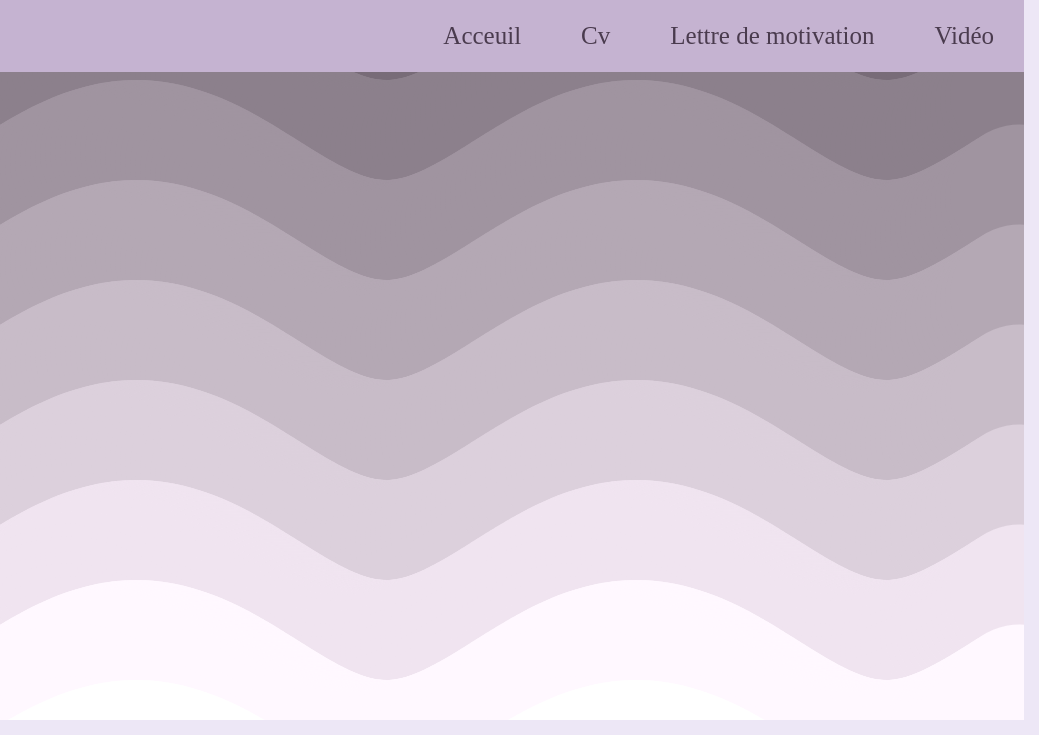
Repository: Iban-del/ProjetBacIban
Page: index.html
These files come from the project's save history. The page is drawn as it stood at one moment and after the next save; the edit follows.
The browser window is 1024 px wide. The page is 1039 px wide, then 1024 px, so the pictures cover 1039 px, including what lies to the right of the window. The pictures show the whole page.
The page's requests for data from a server got no answer.

Above is the page before, as saved 2025-02-24 22:15:27.

### index.html
<!DOCTYPE html>
<html lang="fr">
<head>
    <meta charset="UTF-8">
    <meta name="viewport" content="width=device-width, initial-scale=1.0">
    <link rel="icon" type="image/x-icon" href="image/image.png">
    <link rel="stylesheet" href="css/index.css">
    <title>Iban</title tle>
    <canvas></canvas>
    <script src="js/background.js" type="module"></script>

</head>
<body>
    <nav id="navBar" class="navBar"></nav>
    <div id="panel" class="home">

    </div>
    <script src="js/index.js" type="module"></script>
</body>
</html>

### css/index.css
html, body {
    margin: 0px;
    display: flex;
    font-family: Arial, Helvetica, sans-serif;
    color: #4A3B4E;
    background-color: #EDE7F6;
    height: 100%;
    width: 100%;
    height: auto;
}

.navBar {
    height: 10%;
    width: 100%;
    position: fixed;
    background-color: #C5B3D1;
    display: flex;
    justify-content: end;
    align-items: center;
    z-index: 10;
}

.bg1, .bg2 {
    overflow-x: clip;
    z-index: -1;
    position: fixed;
}

.button-navBar {
    font-family: cursive;
    z-index: 13;
    padding: 30px;
    text-decoration: none;
    background-color: transparent;
    border: none;
    color: #4A3B4E;
    font-size: 25px;
    font-weight: 500;
}

.button-navBar:hover {
    cursor: pointer;
    color: #8E6F97;
}

.home {
    display: flex;
    position: absolute;
    width: 100%;
    height: 90%;
    top: 10%;
    background-color: transparent;
    margin: 15px;

}

.content-left {
    padding: 5px;
    width: 50%;
    height: 500px;
    display: flex;
    flex-direction: column;
    align-items: center;
    background-color: #C5B3D1;
    border-radius: 21px;
}

.content-right {
    width: 50%;
    display: flex;
    justify-content: center;
    align-items: center;
}

.name {
    height: 20%;
    width: 100%;
}

.h1-name {
    font-size: 45px;
    font-weight: 100;
}

.presentation {
    width: 90%;
}

p {
    font-size: 25px;
    color: #4A3B4E;
}

.bar {
    display: none;
}

.cv-image {
    height: 95%;
    border: 2px solid #A88EB6;
}

.content-cv, .content-video {
    margin: 0;
    position: relative;
    width: 100%;
    height: 100%;
    display: flex;
    overflow-y: scroll;
    scrollbar-width: none;
    justify-content: center;
    align-content: center;
    align-items: center;
}

.video {
    width: 70%;
    height: 80%;
    border: 4px solid #8E6F97;
    background-color: #EDE7F6;
}

.image{
    width:50%;
}

/* Responsive Styles */
@media (max-width: 1024px) {
    html, body {
        height: auto;
        overflow-x: hidden;
        overflow-y: auto;
    }

    .cv-image {
        height: 75%;
        border: 2px solid #A88EB6;
    }

    .content-cv, .content-video {
        display: flex;
        margin: 0px;
        width: 100%;
        height: 100%;
        overflow-y: scroll;
        scrollbar-width: none;
        justify-content: center;
        align-content: center;
        align-items: center;
    }


    .home {
        e {
            display: flex;
            justify-content: center;
            flex-direction: column;
            align-content: center;
            height: 100%;
            width: 100%;
            overflow-y: scroll;
            margin: 0px;
            justify-content: center;
            align-items: center;
            text-align: center;
    }

    .image-me{
        width: 100%;
    }

    .content-left, .content-right {

        width: 94%;
        height: auto;
        padding: 10px;
    }
    .content-left {
        margin-bottom: 20px;
    }

    .button-navBar {
        font-size: 20px;
        padding: 20px;
    }

    .content-video{
        display: flex;
        justify-content: center;
        align-content: center;
        align-items: center;
    }

    .video {
        width: 90%;
        height: 60%;
    }

    .h1-name {
        font-size: 35px;
    }

    p {
        font-size: 20px;
    }
}



@media (max-width: 768px) {
    .navBar {
        height: 8%;
    }

    .button-navBar {
        font-size: 18px;
        padding: 15px;
    }

    .content-left {
        height: auto;
        width: 100%;
        padding: 10px;
    }

    .content-left, .content-right {
        display: flex;
        justify-content: center;
        width: 94%;
        height: auto;
        padding: 10px;
    }

    .video {
        width: 95%;
        height: 55%;
    }

    .h1-name {
        font-size: 30px;
    }

    p {
        font-size: 18px;
    }
}

@media (max-width: 480px) {
    .navBar {
        height: 7%;
        padding: 10px;
    }

    .button-navBar {
        font-size: 16px;
        padding: 10px;
    }

    .home {
        display: flex;
        justify-content: center;
        flex-direction: column;
        align-content: center;
        height: 100%;
        width: 100%;
        overflow-y: scroll;
        margin: 0px;
        justify-content: center;
        align-items: center;
        text-align: center;
    }

    .content-left, .content-right {
        position: relative;
        top: 10%;
        display: flex;
        justify-content: center;
        width: 90%;
        height: auto;
        padding: 10px;
    }

    .video {
        width: 100%;
        height: 50%;
    }

    .h1-name {
        font-size: 25px;
    }

    p {
        font-size: 16px;
    }

}

### js/background.js
/**
 * création du fond du site
 */


//constante avec les couleur des composant
const color ={
    backgrounds1:"#FDFCFE",
    backgrounds2:"#FAF8FD",
};

var A = 100
var X = 0
var C = 0
var h = window
/**
 * fonction qui permet de géré le fond par default en cas d'érreur
 */
function defaultBackground(){

    const body = document.querySelector("body");

    if(body instanceof HTMLBodyElement){
        body.style.backgroundColor = color.backgrounds2;
    }

}


/**
 * cette fonction permet d'attribué le style au canvas
 */
function canvasStyle(canvas){

    if(canvas instanceof HTMLCanvasElement){

        canvas.height = window.innerHeight;
        canvas.width = window.innerWidth;
        canvas.style.background =`rgba(149, 223, 198, 0.48)`;

        return;
    }

    throw new Error("Canvas n'est pas de type HTMLCanvasElement ");

}

/**
 * fonction de création d'une vague
 */
function vague(x,A){

    const lambda = 0.002;//longueur d'onde
    const k = lambda*2*Math.PI; //nombre oscilation
    const phi = 3;//décalage
    return A*Math.sin(k*x+phi);
}


/**
 * affichage de la vague
 * @param CanvasRenderingContext2D  ctx
 */
function drawVague(ctx,canvas){

    if(ctx instanceof CanvasRenderingContext2D){
        ctx.clearRect(0, 0, window.width, window.height);
        let color =0;
        for(let t = -200;t < window.innerHeight+200;t+= 100){
            ctx.beginPath();
            for(let i = 0 ;i < window.innerWidth;i+=5){
                let x = i+C
                let y = vague(x,A/2)+(t);
                ctx.lineTo(x,y)
                ctx.beginPath();
                ctx.moveTo(x,y)
                const addColor = 80
                let globalColor= `rgb(${color+addColor},${color+addColor-12},${color+addColor})`
                ctx.fillStyle=globalColor;
                ctx.arc(x,y,70,0,Math.PI*2,true)
                ctx.fill();

            }
            color+=20;
        }
    }


}



/**
 * fonction d'initialisation du fond
 */
function init(){
    //récupération des élémentcanvas
    const canvas = document.querySelector("canvas");

    if(canvas instanceof HTMLCanvasElement){

        // window.addEventListener("mousemove",(e)=>{
        //     let canvasMouseY =(e.clientY *100 / canvas.height)/1000
        //     A = Math.PI*2+(canvas.height*canvasMouseY)
        //     let canvasMouseX =(e.clientX *100 / canvas.width)/1000
        //     X = Math.PI*2+(canvas.width*canvasMouseX)*5
        //     canvas.style.background = `rgb(${255-X*.05},${255-X*.06},${255-X*.02})`;
        //     drawVague(ctx, canvas)

        // })

        const ctx = canvas.getContext('2d');

        canvasStyle(canvas);
        drawVague(ctx, canvas)
        window.addEventListener('resize',()=>{
            drawVague(ctx, canvas);
        })

    }
}

try{

    init()



}catch(error){

    console.log(error)
    defaultBackground()
}

### js/index.js
//création des page
var page = "home";
const speedAnimationFast = 300;
//constante contenant les boutton de la navBar
const NavBarButton = [
    {
        name:"Acceuil",
        id:"home",
        onclick:()=>{
            loadPage("home")

        }
    },
    {
        name:"Cv",
        id:"cv",
        onclick:()=>{
            loadPage("cv")
        }
    },
    {
        name:"Lettre de motivation",
        id:"cl",
        onclick:()=>{
            loadPage("coveringLetter")
        }
    },
    {
        name:"Vidéo",
        id:"video",
        onclick:()=>{
            loadPage("video")
        }
    },
]


/**
 * cette fonction permet de charger une page
 */
function loadPage(name,now = false){
    const baseUrl = "http://127.0.0.1:5500/html/"
    //on charge les diférente page en fonction du nom fourni
    switch(name){
        case "home":
            getPageContent(baseUrl+"home.html",animateHome,now)

            break
        case "cv":
            getPageContent(baseUrl+"cv.html",animateCv,now)
            break
        case "coveringLetter":
            getPageContent(baseUrl+"coveringLetter.html",animateCl,now)
            break
        case "video":
            getPageContent(baseUrl+"video.html",animateVideo,now)
            break
    }
}

/**
 * cette méthode permet de récupéré le contenu d'une page
 */
async function getPageContent(link,animate = null,now = false){
    const panel = document.querySelector("#panel");
    if(panel instanceof HTMLElement){
        const request = new XMLHttpRequest();
        request.addEventListener("load",(response)=>{
            if(response instanceof ProgressEvent){
                const content = response.target.responseText
                if(content){
                        if(animate){
                            if(now){
                                panel.innerHTML = content;
                                animate(1)
                            }else{
                                hideAnimation(page)
                                setTimeout(()=>{
                                    panel.innerHTML = content;
                                    animate(1)
                                },speedAnimationFast)

                            }
                        }
                }else{
                        panel.innerHTML = "";
                }
            }
        })
        request.open("GET",link)
        request.send()
    }
}


/**
 * cette fonction permet d'afficher les bouttons
 */
function drawNavBarButton(){

    const navBar = document.querySelector('#navBar');

    if(navBar instanceof HTMLElement && NavBarButton){
        NavBarButton.forEach((element) => {
            const button = document.createElement("button");
            button.id = element.id;
            button.className = "button-navBar";
            button.textContent = element.name;
            button.addEventListener("click", () => {
                element.onclick();
            });
            navBar.appendChild(button);
        });
    }
}

function hideAnimation(currentPage){

    if(currentPage){
        switch(currentPage){
            case "home":
                animateHome(0)
                break
            case "cv":
                animateCv(0)
                break
            case "coveringLetter":
                animateCl(0)
                break
            case "video":
                animateVideo(0)
                break
        }
    }
}

/**
 * cette fonction permet d'animer les composant de la page pricipale
 */
function animateHome(type = 1){
    const elements = {
        panel:document.querySelector("#content-left"),
        title:document.querySelector("#name"),
        text:document.querySelector("#presentation"),
        image:document.querySelector("#image-me"),
    }

    for (let key in elements) {
        if(!elements[key] instanceof HTMLElement){
            throw new Error("Les éléments ne sont pas trouvées");
        }
    }


    let panelTranslate = {from:"-100%",to:"0%"}
    let titleTranslate = {from:"-100%",to:"0%"}
    let textTranslate = {from:"-190%",to:"0%"}
    let imageTranslate = {from:"190%",to:"0%"}
    let panelOpacity = {from:0,to:1}
    if(!type){
        panelTranslate = {from:"0%",to:"-100%"}
        titleTranslate = {from:"0%",to:"-100%"}
        textTranslate = {from:"-0%",to:"-190%"}
        imageTranslate = {from:"0%",to:"190%"}
        panelOpacity = {from:1,to:0}
    }


    elements.panel.animate(
        [
            {transform:`translateX(${panelTranslate.from})`,opacity:panelOpacity.from},
            {transform:`translateX(${panelTranslate.to})`,opacity:panelOpacity.to}
        ],
        {
            duration: speedAnimationFast,
            easing: "ease-out",
            fill: "forwards"
        }
    )

    elements.title.animate(
        [
            {transform:`translateX(${titleTranslate.from})`},
            {transform:`translateX(${titleTranslate.to})`}
        ],
        {
            duration: speedAnimationFast,
            easing: "ease-out",
            fill: "forwards"
        }
    )

    elements.text.animate(
        [
            {transform:`translateX(${textTranslate.from})`},
            {transform:`translateX(${textTranslate.to})`}
        ],
        {
            duration: speedAnimationFast,
            easing: "ease-out",
            fill: "forwards"
        }
    )

    elements.image.animate(
        [
            {transform:`translateX(${imageTranslate.from})`,opacity:panelOpacity.from},
            {transform:`translateX(${imageTranslate.to})`,opacity:panelOpacity.to}
        ],
        {
            duration: speedAnimationFast,
            easing: "ease-out",
            fill: "forwards"
        }
    ).addEventListener("finish",e=>{
        page="home"
    })

}

/**
 * cette fonction permet d'animer les composant de la page pricipale
 */
function animateCv(type = 1){
    const image = document.querySelector("#image");

    if(image instanceof HTMLElement){
        let imageTranslate = type ? {from:"190%",to:"0%"} :{from:"0%",to:"-190%"};
        image.animate(
            [
                {transform:`translateY(${imageTranslate.from})`},
                {transform:`translateY(${imageTranslate.to})`}
            ],
            {
                duration: speedAnimationFast,
                easing: "ease-out",
                fill: "forwards"
            }
        ).addEventListener("finish",e=>{
            page="cv"
        })

    }
}

/**
 * cette fonction permet d'animer les composant de la page pricipale
 */
function animateCl(type = 1){
    const image = document.querySelector("#image");

    if(image instanceof HTMLElement){
        let imageTranslate = type ? {from:"190%",to:"0%"} :{from:"0%",to:"-190%"};
        image.animate(
            [
                {transform:`translateY(${imageTranslate.from})`},
                {transform:`translateY(${imageTranslate.to})`}
            ],
            {
                duration: speedAnimationFast,
                easing: "ease-out",
                fill: "forwards"
            }
        ).addEventListener("finish",e=>{
            page="coveringLetter"
        })

    }
}

/**
 * cette fonction permet d'animer les composant de la page pricipale
 */
function animateVideo(type = 1){
    const video = document.querySelector("#video-v");

    if(video instanceof HTMLElement){
        let videoTranslateW = type ? {from:'0%',to:"70%"} :{from:"70%",to:"0%"};
        let videoTranslateH = type ? {from:'0%',to:"80%"} :{from:"80%",to:"0%"};
        video.animate(
            [

                {width:videoTranslateW.from,height:videoTranslateH.from},
                {width:videoTranslateW.to,height:videoTranslateH.to}
            ],
            {
                duration: speedAnimationFast,
                easing: "ease-out",
                fill: "forwards"
            }
        ).addEventListener("finish",e=>{
            page="video"
        })
    }
}

/**
 * cette fonction permet d'initialiser le site
 */
function init(){

    drawNavBarButton()
    loadPage("home",true)

}


//lancement du script
init()

After the next save:
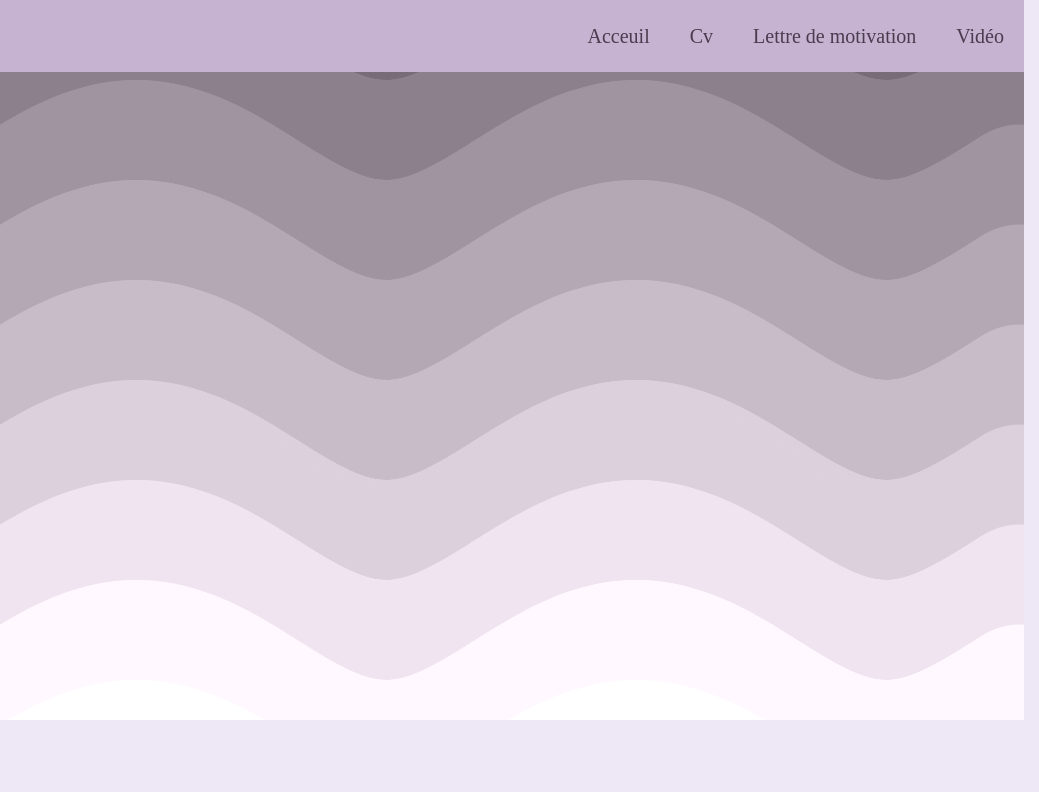
Saved 7 s later.
--- a/css/index.css
+++ b/css/index.css
@@ -151,7 +151,7 @@ p {
 
 
     .home {
-        e {
+
             display: flex;
             justify-content: center;
             flex-direction: column;
